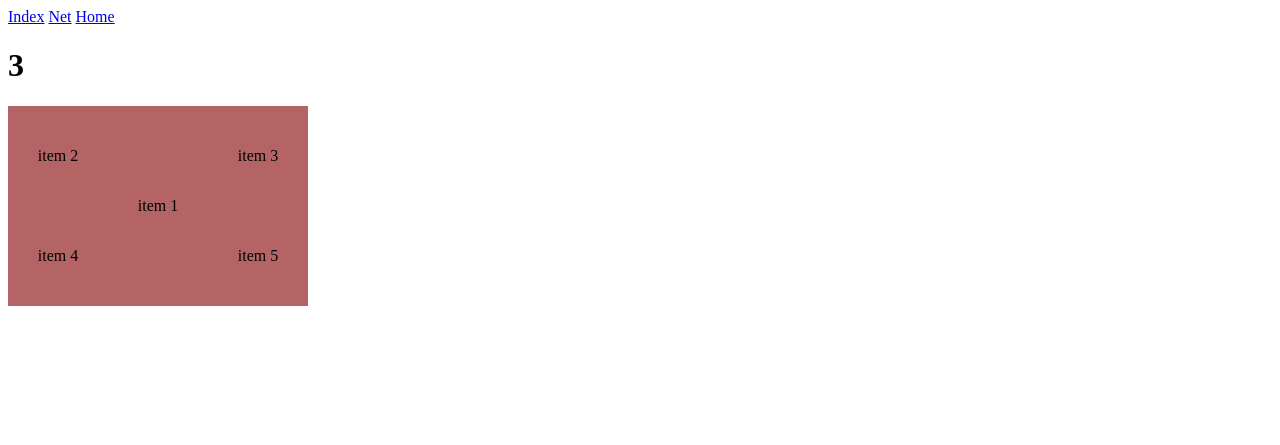
Repository: Nguyen-Toan-2004/du-an-test
Page: product.htm
These files come from the project's save history. The page is drawn as it stood at one moment and after a run of saves; the edit follows.
The browser window is 1280 px wide. The pictures show the whole page.

Above is the page before, as saved 2025-10-22 19:38:21.

### product.htm
<!DOCTYPE html>
<html lang="en">
  <head>
    <meta charset="UTF-8" />
    <meta name="viewport" content="width=device-width, initial-scale=1.0" />
    <title>Product</title>
  </head>
  <body>
    <a href="index.html">Index</a>
    <a href="net.htm">Net</a>
    <a href="home.html">Home</a>
    <h1>3</h1>
    <style>
      .container {
        display: grid;
        grid-template-columns: repeat(3, 100px);
        grid-template-rows: repeat(3, 100px);
      }
      .box {
        background: #b46464;
        display: flex;
        justify-content: center;
        align-items: center;
      }
      .box1 {
        grid-row-start: 1;
        grid-row-end: 3;
        grid-column-start: 2;

      }
    </style>
    <div class="container">
      <div class="box box1">item 1</div>
      <div class="box box2">item 2</div>
      <div class="box box3">item 3</div>
      <div class="box box4">item 4</div>
      <div class="box box5">item 5</div>
    </div>
  </body>
</html>

After the next 3 saves:
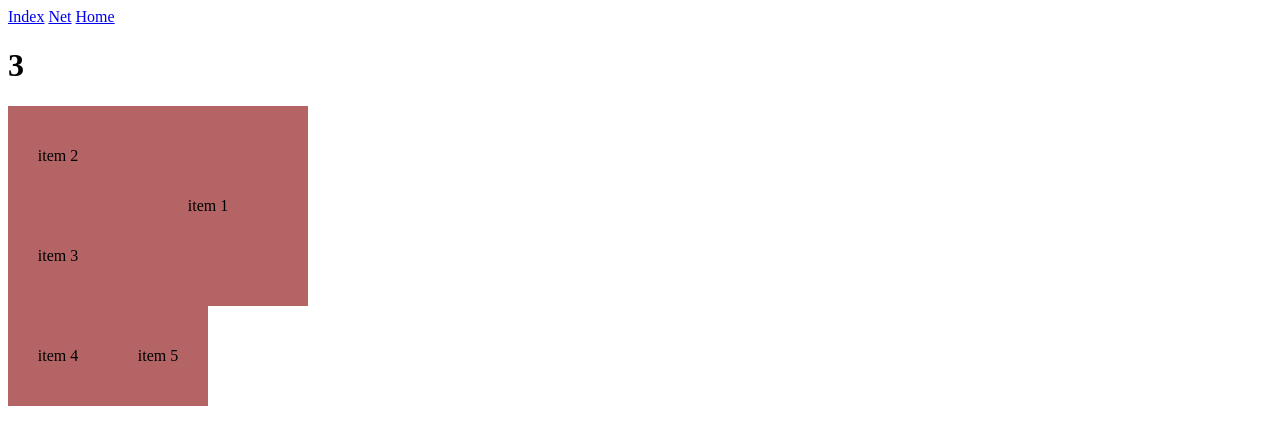
The 3 saves are shown as one change because they came seconds apart.
The last was saved 7 s later.
--- a/product.htm
+++ b/product.htm
@@ -26,7 +26,7 @@
         grid-row-start: 1;
         grid-row-end: 3;
         grid-column-start: 2;
-
+        grid-column-end: 4;
       }
     </style>
     <div class="container">

After the save that followed:
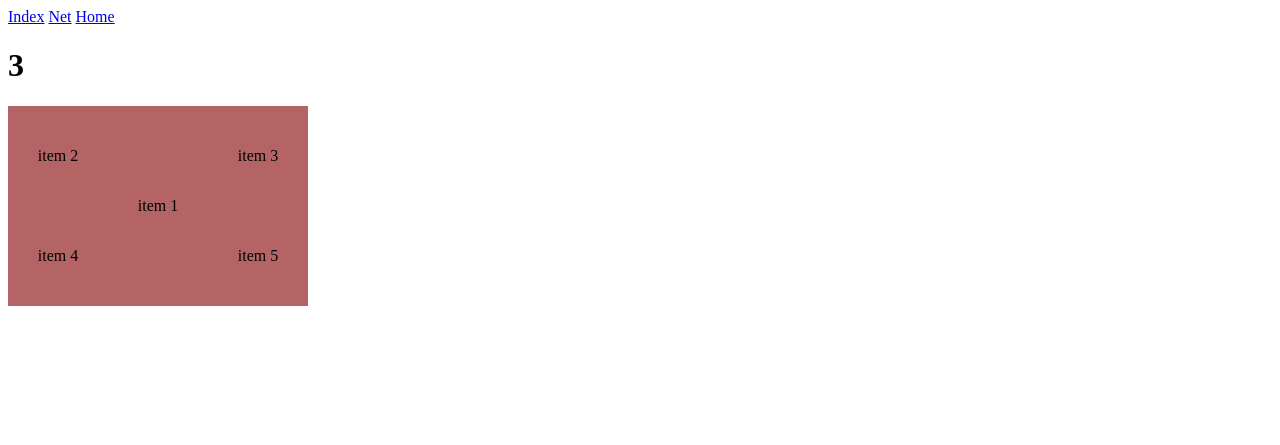
Saved 15 s later.
--- a/product.htm
+++ b/product.htm
@@ -26,7 +26,7 @@
         grid-row-start: 1;
         grid-row-end: 3;
         grid-column-start: 2;
-        grid-column-end: 4;
+        grid-column-end: ;
       }
     </style>
     <div class="container">
